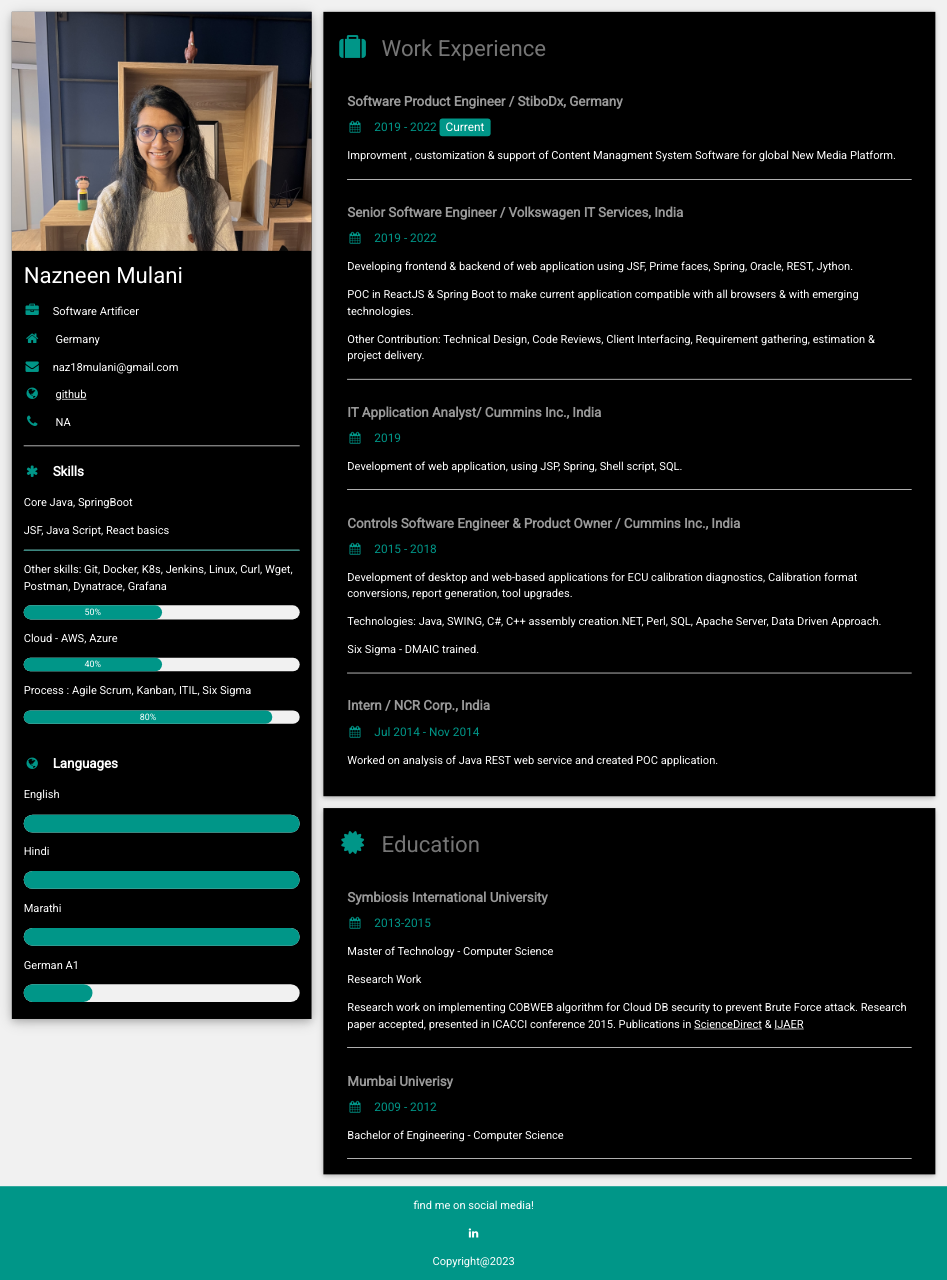
Repository: nazneenprojects/nazneen.github.io
Page: index.html
These files come from the project's save history. The page is drawn as it stood at one moment and after the next save; the edit follows.
The browser window is 1280 px wide. The pictures show the whole page, at 74% of full size.

Above is the page before, as saved 2023-07-09 11:39:58.

After the next save:
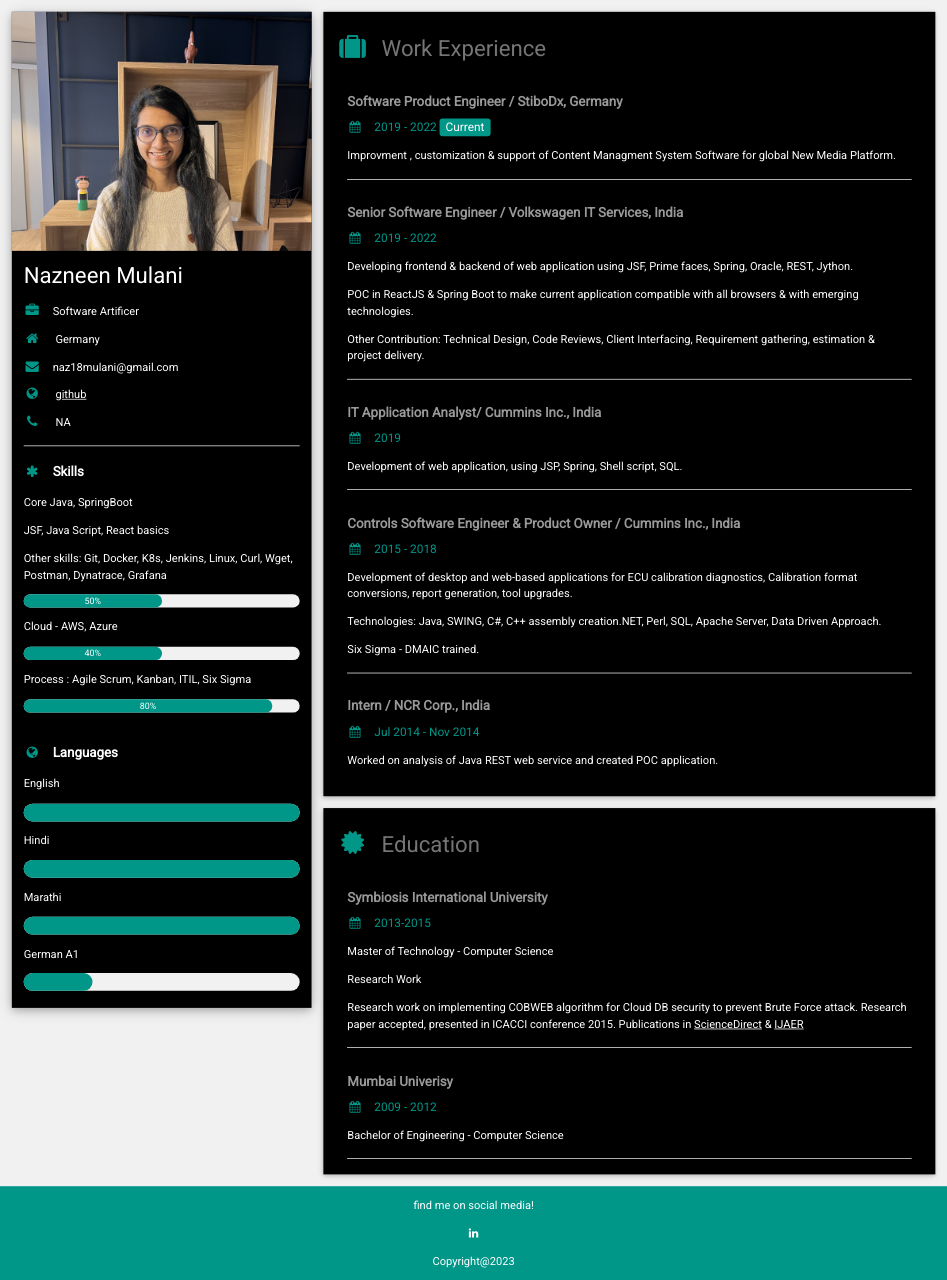
Saved 36 s later.
--- a/index.html
+++ b/index.html
@@ -43,8 +43,7 @@
           </div>
           <p>JSF, Java Script, React basics</p>
           <div class="w3-light-grey w3-round-xlarge w3-small">
-            <div class="w3-container w3-center w3-round-xlarge w3-teal" style="width:100%">
-            </div>
+
           </div>
           <p>Other skills: Git, Docker, K8s, Jenkins, Linux, Curl, Wget, Postman, Dynatrace, Grafana</p>
           <div class="w3-light-grey w3-round-xlarge w3-small">

After the save that followed:
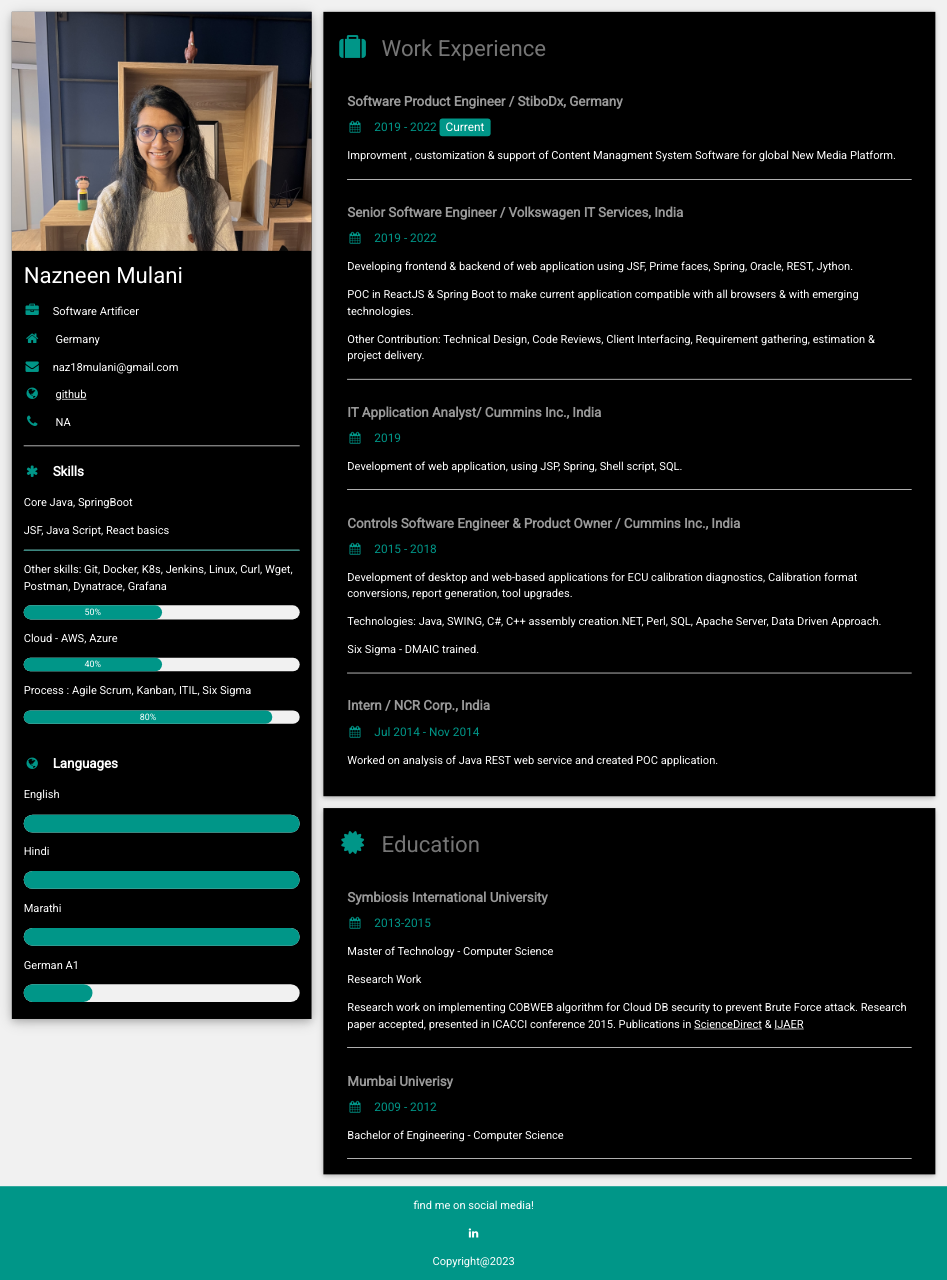
Saved 7 s later.
--- a/index.html
+++ b/index.html
@@ -43,7 +43,8 @@
           </div>
           <p>JSF, Java Script, React basics</p>
           <div class="w3-light-grey w3-round-xlarge w3-small">
-
+            <div class="w3-container w3-center w3-round-xlarge w3-teal" style="width:100%">
+            </div>
           </div>
           <p>Other skills: Git, Docker, K8s, Jenkins, Linux, Curl, Wget, Postman, Dynatrace, Grafana</p>
           <div class="w3-light-grey w3-round-xlarge w3-small">
